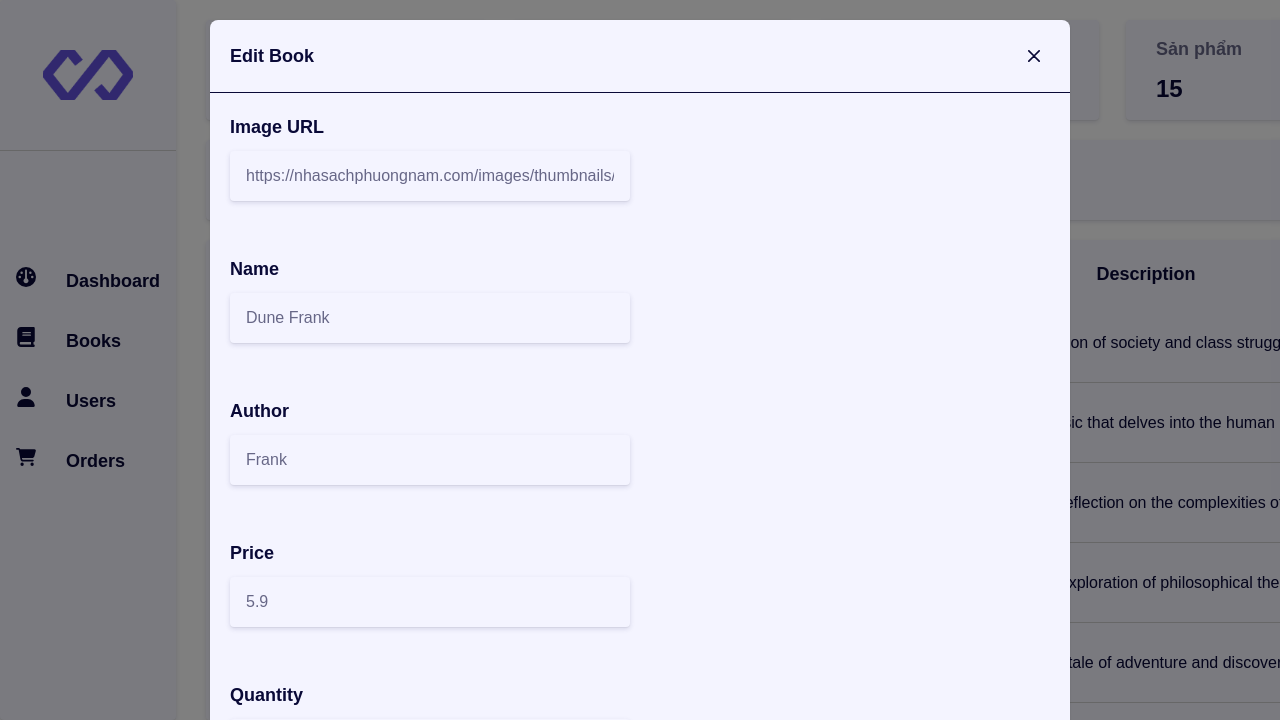
Repository: kauittt/BookStore_FE
Page: / (app in book-store/), after clicking the first element matching `svg.fa-pen`
The author's editor kept a copy of each file at every save. The page is drawn from the files as they stood at one save, then again after the next save.
The browser window is 1280 px wide. The pictures show the whole page.
Pictures or frames that could not be fetched are drawn as grey boxes. An inner scrolling area shows only its first screen. The project was rebuilt for these pictures with package versions that can differ from the ones it lists, and the page was loaded fresh each time. Also part of the build but not shown: book-store/vite.config.js, book-store/src/components/login-signup/Login.jsx, book-store/src/components/book/BookItem.jsx, book-store/src/components/book/BookList.jsx, book-store/src/components/elements/BackNavigation.jsx, book-store/src/components/book/BookDetail.jsx, book-store/src/components/cart/QuantitySelector.jsx, book-store/src/components/cart/CartItem.jsx and 3 more.

Above is the page before, as saved 2024-07-20 13:44:25.

### book-store/src/index.css
@tailwind base;

* {
    scrollbar-width: thin;
}

@tailwind components;
@tailwind utilities;

.container {
    width: 100%;
}
@media (min-width: 640px) {
    .container {
        max-width: 640px;
    }
}
@media (min-width: 768px) {
    .container {
        max-width: 768px;
    }
    @media (min-width: 1024px) {
        .container {
            max-width: 1024px;
        }
    }
    @media (min-width: 1280px) {
        .container {
            max-width: 1280px;
        }
    }
    @media (min-width: 1400px) {
        .container,
        .container-lg,
        .container-md,
        .container-sm,
        .container-xl,
        .container-xxl {
            max-width: 1320px;
        }
    }
}

### book-store/src/components/admin/AdminNav.jsx
import PropTypes from "prop-types";
import { FontAwesomeIcon } from "@fortawesome/react-fontawesome";
import {
    faCartShopping,
    faUser,
    faBook,
    faGauge,
} from "@fortawesome/free-solid-svg-icons";

const AdminNav = () => {
    return (
        <div
            className="flex flex-col  gap-[100px]
            font-semibold text-lg  w-[260px]
            bg-bgr-main shadow-custom rounded"
        >
            <div
                className="w-full flex justify-center mt-[50px] pb-[50px]
            border-b border-border"
            >
                <img
                    src="./image/Logo.png"
                    alt="Logo"
                    className="w-[90px] h-[50px]  object-cover"
                />
            </div>

            <div>
                <div
                    className="p-[16px]
            transition-all duration-200 ease-in-out
            group hover:bg-bgr-white hover:shadow-custom rounded
            cursor-pointer"
                >
                    <p className="flex gap-[10px]">
                        <FontAwesomeIcon
                            className="mr-[20px] w-[20px] h-[20px]"
                            icon={faGauge}
                        />
                        Dashboard
                    </p>
                </div>
                <div
                    className="p-[16px]
            transition-all duration-200 ease-in-out
            group hover:bg-bgr-white hover:shadow-custom rounded
            cursor-pointer"
                >
                    <p className="flex gap-[10px]">
                        <FontAwesomeIcon
                            className="mr-[20px] w-[20px] h-[20px]"
                            icon={faBook}
                        />
                        Books
                    </p>
                </div>
                <div
                    className="p-[16px]
            transition-all duration-200 ease-in-out
            group hover:bg-bgr-white hover:shadow-custom rounded
            cursor-pointer"
                >
                    <p className="flex gap-[10px]">
                        <FontAwesomeIcon
                            className="mr-[20px]  w-[20px] h-[20px]"
                            icon={faUser}
                        />
                        Users
                    </p>
                </div>
                <div
                    className="p-[16px]
            transition-all duration-200 ease-in-out
            group hover:bg-bgr-white hover:shadow-custom rounded
            cursor-pointer"
                >
                    <p className="flex gap-[10px]">
                        <FontAwesomeIcon
                            className="mr-[20px] w-[20px] h-[20px]"
                            icon={faCartShopping}
                        />
                        Orders
                    </p>
                </div>
            </div>
        </div>
    );
};

AdminNav.propTypes = {
    book: PropTypes.object,
};
export default AdminNav;

### book-store/src/components/admin/ManageList.jsx
import React from "react";
import PropTypes from "prop-types";
import { FontAwesomeIcon } from "@fortawesome/react-fontawesome";
import {
    faCartShopping,
    faUser,
    faBook,
    faGauge,
} from "@fortawesome/free-solid-svg-icons";
import ManageItem from "./ManageItem";
import FormButton from "./../elements/FormButton";
const ManageList = (props) => {
    console.log(window.innerHeight);
    const category = [
        {
            group: "Order",
            fields: [
                { name: "Serial", width: "50px" },
                { name: "Customer Name", width: "150px" },
                { name: "Book Title", width: "150px" },
                { name: "Quantity", width: "100px" },
                { name: "Price", width: "100px" },
                { name: "Phone Number", width: "100px" },
                { name: "Address", flex: "1" }, // Use flex for flexible widths
            ],
        },
        {
            group: "Book",
            fields: [
                { name: "Serial", style: "w-[60px] text-center" },
                { name: "Image", style: "w-[80px] text-center" },
                { name: "Book Title", style: "w-[250px] text-center" },
                { name: "Category", style: "w-[100px] text-center" },
                { name: "Stock", style: "w-[60px] text-center" },
                { name: "Price", style: "w-[60px] text-center" },
                { name: "Description", style: "flex-1 text-center" },
            ],
        },
        {
            group: "User",
            fields: [
                { name: "Serial", width: "50px" },
                { name: "Username", width: "150px" },
                { name: "Name", width: "200px" },
                { name: "Role", width: "100px" },
                { name: "Email", width: "200px" },
                { name: "Phone Number", width: "150px" },
                { name: "Address", flex: "1" },
            ],
        },
    ];

    return (
        //* Danh sách sản phẩm
        <div
            className="max-w-[1200px] w-[1200px] p-[20px] pr-[40px]
        flex flex-col gap-[15px] bg-bgr-main shadow-custom rounded
        overflow-y-auto"
        >
            {/*//* Category */}
            <div
                className="flex justify-between items-center gap-[15px]
            font-semibold text-lg"
            >
                {category[1].fields.map((field, index) => (
                    <p key={index} className={`${field.style} `}>
                        {field.name}
                    </p>
                ))}
            </div>

            {/*//* List Item */}
            <div className="flex flex-col max-h-full ">
                {props.books.map((book, index) => (
                    <ManageItem
                        data={book}
                        category={category[1].fields}
                        key={index}
                        index={index}
                    ></ManageItem>
                ))}
            </div>

            {/* <div className="flex justify-end">
                <FormButton name="Checkout"></FormButton>
            </div> */}
        </div>
    );
};
ManageList.propTypes = {
    books: PropTypes.array,
};
export default ManageList;

### book-store/src/components/admin/AdminPage.jsx
import React from "react";
import PropTypes from "prop-types";
import ManageList from "./ManageList";
import AdminNav from "./AdminNav";
import Card from "./../elements/Card";
import ManageTitle from "./ManageTitle";
import { FontAwesomeIcon } from "@fortawesome/react-fontawesome";
import {
    faCircleUser,
    faCartShopping,
    faHandHoldingDollar,
    faList,
} from "@fortawesome/free-solid-svg-icons";

const AdminPage = (props) => {
    return (
        <div
            className="flex gap-[30px] justify-between
        max-h-screen overflow-hidden
        "
        >
            {/*//* Left  */}
            <AdminNav></AdminNav>

            {/*//* Right  */}
            <div className="flex flex-col gap-[20px] pt-[20px] pr-[20px]">
                {/*//* Cards  */}
                <div className="flex justify-between items-center ">
                    <Card name="Sản phẩm" quantity={15} icon={faList}></Card>
                    <Card name="Sản phẩm" quantity={15} icon={faList}></Card>
                    <Card name="Sản phẩm" quantity={15} icon={faList}></Card>
                    <Card name="Sản phẩm" quantity={15} icon={faList}></Card>
                </div>

                {/*//* Title  */}
                <ManageTitle
                    name="Quản lý khách hàng"
                    button="Add User"
                ></ManageTitle>

                {/*//* List  */}
                <ManageList books={props.books}></ManageList>
            </div>
        </div>
    );
};

AdminPage.propTypes = {
    books: PropTypes.array,
};
export default AdminPage;

### book-store/src/components/elements/Card.jsx
import React from "react";
import PropTypes from "prop-types";
import { FontAwesomeIcon } from "@fortawesome/react-fontawesome";
import {
    faCircleUser,
    faCartShopping,
    faHandHoldingDollar,
    faList,
} from "@fortawesome/free-solid-svg-icons";
const Card = (props) => {
    return (
        <div
            className="flex items-center justify-between
            w-[280px] h-[100px] bg-bgr-main p-[30px]
        rounded shadow-custom"
        >
            <div className="flex flex-col gap-[10px]">
                <p className="text-lg text-text-light font-semibold">
                    {props.name}
                </p>
                <p className="text-2xl font-semibold">{props.quantity}</p>
            </div>
            <FontAwesomeIcon
                className="p-[17px] rounded-full
             bg-bgr-color text-text-white"
                icon={props.icon}
            />
            {/* <FontAwesomeIcon icon={faCartShopping} />
            <FontAwesomeIcon icon={faHandHoldingDollar} />
            <FontAwesomeIcon icon={faCircleUser} /> */}
        </div>
    );
};

Card.propTypes = {
    name: PropTypes.string,
    quantity: PropTypes.number,
    icon: PropTypes.object,
    color: PropTypes.string,
};
export default Card;

### book-store/src/components/elements/FormButton.jsx
import PropTypes from "prop-types";

const FormButton = ({
    name = "Button",
    main = true,
    type = "button",
    disabled = false,
    ...props
}) => {
    return (
        <button
            type={type}
            disabled={disabled}
            className={`m-w-[100px] w-[100px] m-h-[40px] h-[40px] leading-[40px]
            rounded text-lg font-semibold
            flex items-center justify-center
            cursor-pointer shadow-custom
            transition-all duration-200 ease-in-out
            bg-bgr-white
            ${main ? "bg-bgr-white" : "bg-bgr-white"}
            ${main ? "text-text-color" : "text-bgr-color"}
            ${
                main
                    ? "border border-text-color hover:bg-text-color hover:text-text-white"
                    : "border border-bgr-color hover:bg-bgr-color hover:text-text-white"
            }
            `}
            {...props}
        >
            {name}
        </button>
    );
};

FormButton.propTypes = {
    main: PropTypes.bool,
    name: PropTypes.string.isRequired,
    type: PropTypes.string,
    disabled: PropTypes.bool,
};

export default FormButton;

### book-store/src/components/elements/FormInput.jsx
import { Field, useField } from "formik";
import PropTypes from "prop-types";

const FormInput = ({ label, type = "text", ...props }) => {
    const [field, meta] = useField(props);

    return (
        <div className="flex flex-col gap-[10px] w-[400px]">
            <label
                className="font-semibold text-lg"
                htmlFor={props.id || props.name}
            >
                {label}
            </label>
            <Field
                autoComplete="off"
                className="bg-bgr-main p-4 h-[50px] rounded
                    text-text-light
                    shadow-custom
                    focus:outline-none focus:ring-2 focus:ring-text-color"
                {...field}
                {...props}
                type={type}
            />
            <div className="h-[24px]">
                {meta.touched && meta.error ? (
                    <div className="text-text-error font-medium">
                        {meta.error}
                    </div>
                ) : null}
            </div>
        </div>
    );
};

FormInput.propTypes = {
    label: PropTypes.string.isRequired,
    id: PropTypes.string,
    name: PropTypes.string.isRequired,
    placeholder: PropTypes.string,
    type: PropTypes.string,
};

export default FormInput;

### book-store/src/components/admin/ManageItem.jsx
import PropTypes from "prop-types";
import { FontAwesomeIcon } from "@fortawesome/react-fontawesome";
import { faPen } from "@fortawesome/free-solid-svg-icons";
import { useState } from "react";
import Modal from "../elements/Modal";

const ManageItem = (props) => {
    // STT | Tên khách | Tên sách | Số lượng | Giá     | Phone | Address
    // STT | Hình      | Tên sách | Danh mục | Tồn kho | Giá   | Mô tả
    // STT | Username  | Name     | Role     | Email   | Phone | Address

    const isImage = props.data.image ? true : false;

    //* Handle model
    const [showModal, setShowModal] = useState(false);
    const [currentData, setCurrentData] = useState({});

    const handleEditClick = () => {
        setCurrentData(props.data);
        setShowModal(true);
    };

    const handleSave = (updatedData) => {
        console.log("Updated data:", updatedData);
        // Add logic to update the data in the parent component or backend
    };

    return (
        <div
            className="flex justify-between  items-center
                gap-[15px] min-h-[80px] h-[80px] relative
                border-b border-border"
        >
            <p
                className={`${props.category[0].style} font-semibold text-text-color`}
            >
                {props.index + 1}
            </p>

            {isImage ? (
                <div
                    className={`${props.category[1].style} h-full
                flex items-center justify-center`}
                >
                    <img
                        className="w-[60px] h-full object-cover"
                        src={props.data.image}
                        alt="Image"
                    />
                </div>
            ) : (
                <p className={`${props.category[1].style} `}>Tăng Khải Minh</p>
            )}

            <p className={`${props.category[2].style} `}>
                {props.data.name + " - " + props.data.author}
            </p>

            <p className={`${props.category[3].style} `}>Danh mục</p>

            <p className={`${props.category[4].style} `}>
                {props.data.quantity}
            </p>

            <p className={`${props.category[5].style} `}>{props.data.price}$</p>

            <p className={`${props.category[6].style} `}>
                {props.data.description}
            </p>

            <FontAwesomeIcon
                className="absolute right-[-38px] p-[10px] rounded cursor-pointer
                text-bgr-color
                transition-all duration-200 ease-in-out
                hover:bg-bgr-color hover:text-text-white  "
                icon={faPen}
                onClick={handleEditClick}
            />

            {showModal && (
                <Modal
                    onClose={() => setShowModal(false)}
                    data={currentData}
                    onSave={handleSave}
                />
            )}
        </div>
    );
};
ManageItem.propTypes = {
    data: PropTypes.object,
    category: PropTypes.array,
    index: PropTypes.number,
};
export default ManageItem;

### book-store/src/components/admin/ManageTitle.jsx
import React from "react";
import PropTypes from "prop-types";
import FormButton from "./../elements/FormButton";

const ManageTitle = (props) => {
    return (
        <div
            className="flex justify-between items-center
        h-[80px] bg-bgr-main p-[20px]
            rounded shadow-custom"
        >
            <p className="font-semibold text-lg">{props.name}</p>
            <FormButton name={props.button}></FormButton>
        </div>
    );
};

ManageTitle.propTypes = {
    name: PropTypes.string,
    button: PropTypes.string,
};

export default ManageTitle;

### book-store/src/components/elements/Modal.jsx
import { useEffect } from "react";
import PropTypes from "prop-types";
import { Formik, Form } from "formik";
import * as Yup from "yup";
import FormInput from "./FormInput";
import FormButton from "./FormButton";

const Modal = ({ onClose, data, onSave }) => {
    const validationSchema = Yup.object({
        image: Yup.string().required("Required"),
        name: Yup.string().required("Required"),
        author: Yup.string().required("Required"),
        price: Yup.number().required("Required").positive("Must be positive"),
        quantity: Yup.number()
            .required("Required")
            .positive("Must be positive"),
        category: Yup.string().required("Required"),
        description: Yup.string().required("Required"),
    });

    // useEffect(() => {
    //     formik.setValues(data);
    // }, [data]);

    return (
        <div
            id="crud-modal"
            className="fixed inset-0 bg-[#000] bg-opacity-50 flex justify-center items-center z-50"
        >
            <div className="relative p-[20px] w-[900px] max-h-full">
                <div className="relative bg-bgr-main rounded-lg shadow dark:bg-gray-700">
                    <div className="flex items-center justify-between p-4 md:p-5 border-b rounded-t dark:border-gray-600">
                        <h3 className="text-lg font-semibold text-gray-900 dark:text-white">
                            Edit Book
                        </h3>
                        <button
                            type="button"
                            className="text-gray-400 bg-transparent hover:bg-gray-200 hover:text-gray-900 rounded-lg text-sm w-8 h-8 ms-auto inline-flex justify-center items-center dark:hover:bg-gray-600 dark:hover:text-white"
                            onClick={onClose}
                        >
                            <svg
                                className="w-3 h-3"
                                aria-hidden="true"
                                xmlns="http://www.w3.org/2000/svg"
                                fill="none"
                                viewBox="0 0 14 14"
                            >
                                <path
                                    stroke="currentColor"
                                    strokeLinecap="round"
                                    strokeLinejoin="round"
                                    strokeWidth="2"
                                    d="m1 1 6 6m0 0 6 6M7 7l6-6M7 7l-6 6"
                                />
                            </svg>
                            <span className="sr-only">Close modal</span>
                        </button>
                    </div>
                    <Formik
                        initialValues={data}
                        validationSchema={validationSchema}
                        onSubmit={(values, actions) => {
                            onSave(values);
                            onClose();
                            actions.setSubmitting(false);
                        }}
                    >
                        {({ isSubmitting }) => (
                            <Form className="p-4 md:p-5 flex flex-col gap-[20px]">
                                <FormInput
                                    label="Image URL"
                                    id="image"
                                    name="image"
                                    placeholder="Enter image URL"
                                />
                                <FormInput
                                    label="Name"
                                    id="name"
                                    name="name"
                                    placeholder="Type product name"
                                />
                                <FormInput
                                    label="Author"
                                    id="author"
                                    name="author"
                                    placeholder="Enter author's name"
                                />
                                <FormInput
                                    label="Price"
                                    id="price"
                                    name="price"
                                    placeholder="Enter price"
                                    type="number"
                                />
                                <FormInput
                                    label="Quantity"
                                    id="quantity"
                                    name="quantity"
                                    placeholder="Enter quantity"
                                    type="number"
                                />
                                <FormInput
                                    label="Category"
                                    id="category"
                                    name="category"
                                    as="select"
                                >
                                    <option value="">Select category</option>
                                    <option value="TV">TV/Monitors</option>
                                    <option value="PC">PC</option>
                                    <option value="GA">Gaming/Console</option>
                                    <option value="PH">Phones</option>
                                </FormInput>
                                <FormInput
                                    label="Product Description"
                                    id="description"
                                    name="description"
                                    placeholder="Write product description here"
                                    as="textarea"
                                    rows="4"
                                />
                                <div className="flex gap-[10px] justify-end">
                                    <FormButton
                                        name="Save Changes"
                                        type="submit"
                                        disabled={isSubmitting}
                                        main={false}
                                    />
                                </div>
                            </Form>
                        )}
                    </Formik>
                </div>
            </div>
        </div>
    );
};

Modal.propTypes = {
    onClose: PropTypes.func.isRequired,
    data: PropTypes.object.isRequired,
    onSave: PropTypes.func.isRequired,
};

export default Modal;

Loaded but not shown: book-store/index.html (common file); book-store/src/main.jsx (common file); book-store/tailwind.config.js (34 lines, source omitted); book-store/src/App.jsx (146 lines, source omitted)

After the next save:
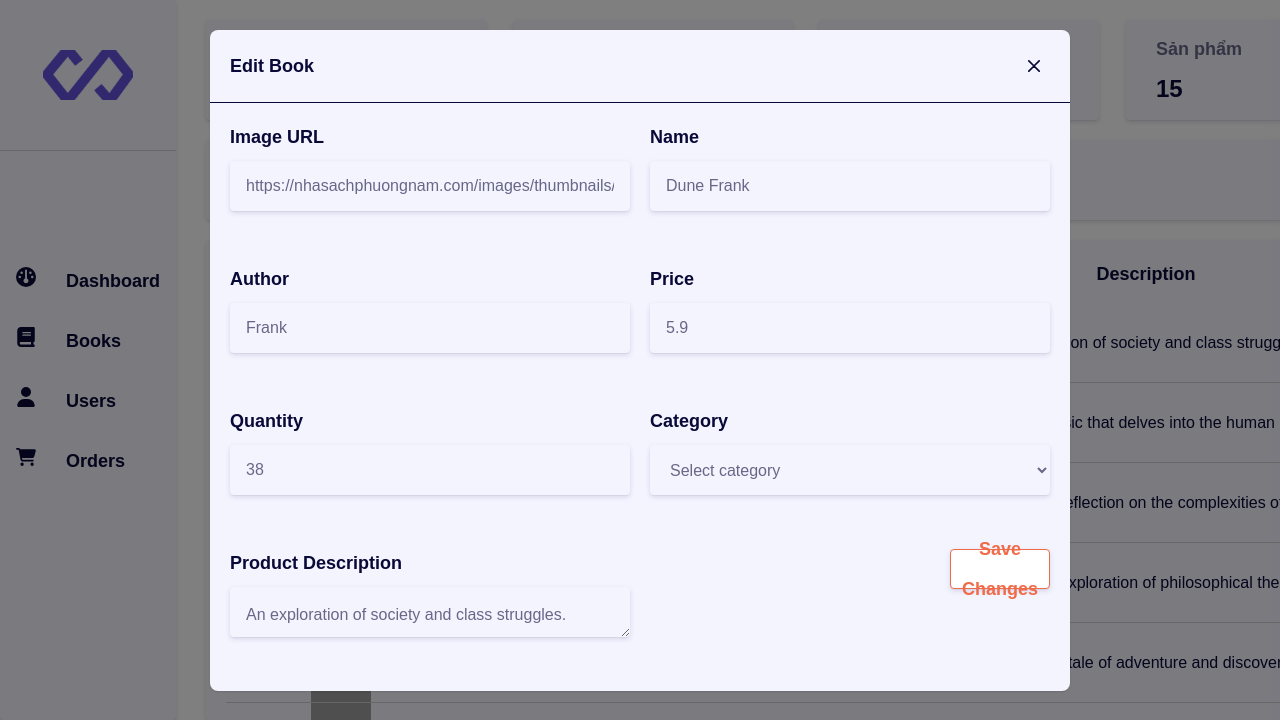
Saved 22 s later.
--- a/book-store/src/components/elements/Modal.jsx
+++ b/book-store/src/components/elements/Modal.jsx
@@ -66,7 +66,7 @@ const Modal = ({ onClose, data, onSave }) => {
                         }}
                     >
                         {({ isSubmitting }) => (
-                            <Form className="p-4 md:p-5 flex flex-col gap-[20px]">
+                            <Form className="p-4 md:p-5 grid grid-cols-2 gap-[20px]">
                                 <FormInput
                                     label="Image URL"
                                     id="image"
